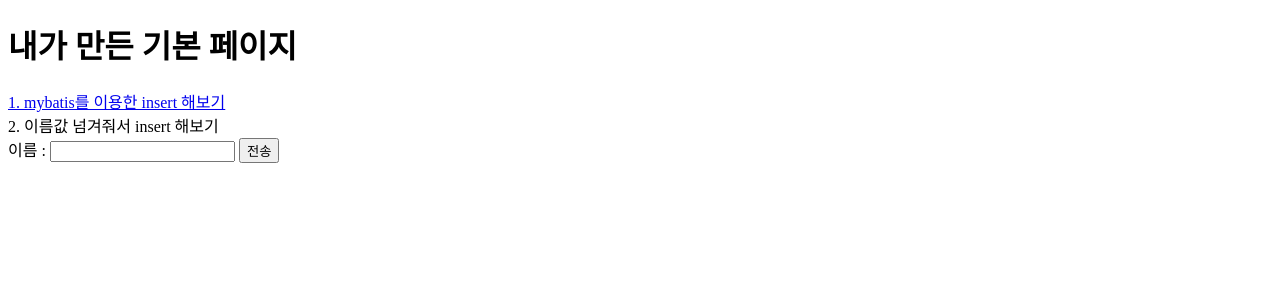
Repository: coconut510/mybatis
Page: mybatis_01/WebContent/index.html
These files come from the project's save history. The page is drawn as it stood at one moment and after the next save; the edit follows.
The browser window is 1280 px wide. The pictures show the whole page.

Above is the page before, as saved 2018-06-26 07:52:16.

After the next save:
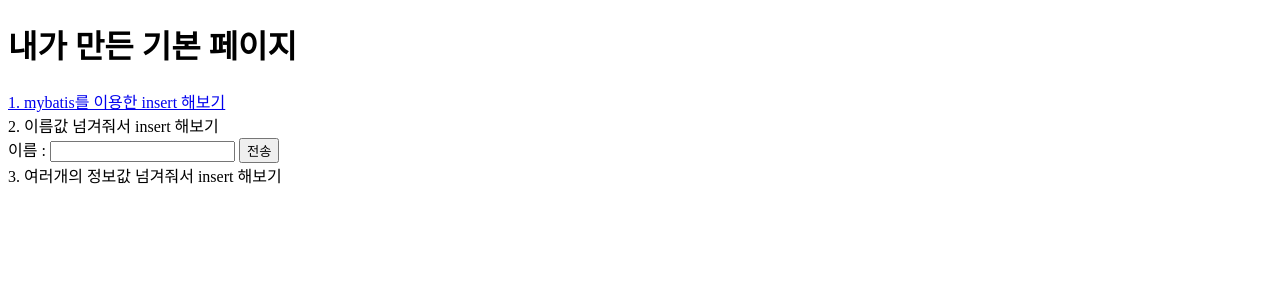
Saved 20 min 1 s later.
--- a/mybatis_01/WebContent/index.html
+++ b/mybatis_01/WebContent/index.html
@@ -12,5 +12,8 @@
 		이름 : <input type="text" name="studentName"/>
 		<input type="submit" value="전송"/><br>
 	</form>
+	3. 여러개의 정보값 넘겨줘서 insert 해보기
+	<form action="mybatisTest3" method="post">
+	</form>
 </body>
 </html>
